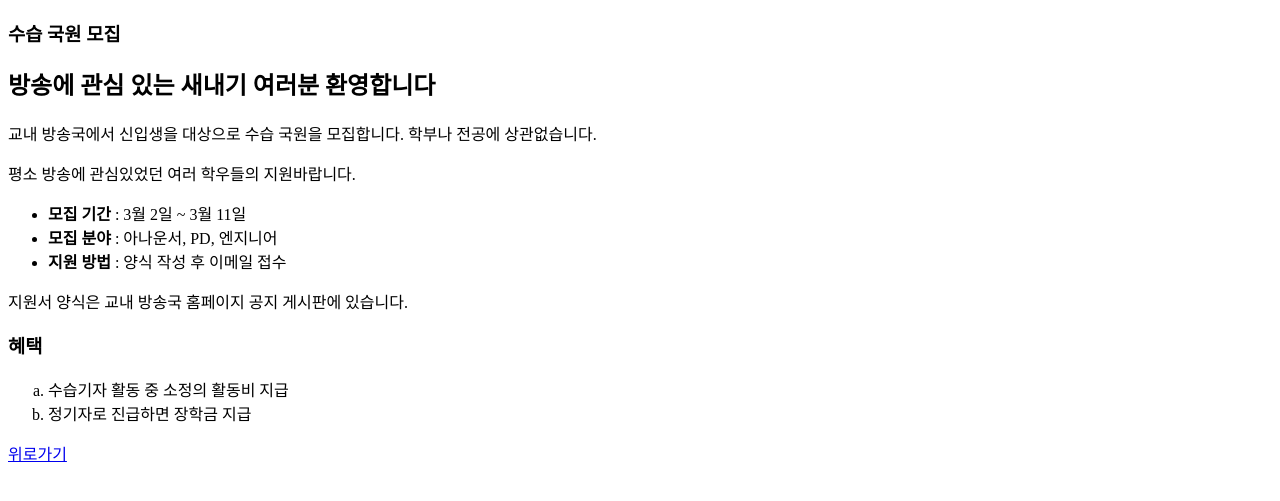
Repository: gus-123/Edu_KCC_HTML
Page: CSS/WebContent/h_missioncss.html
An editor plug-in stored every save of this project. The page is shown before and after the next save, followed by the edit.
The browser window is 1280 px wide. The pictures show the whole page.

Above is the page before, as saved 2024-07-09 01:17:47.

After the next save:
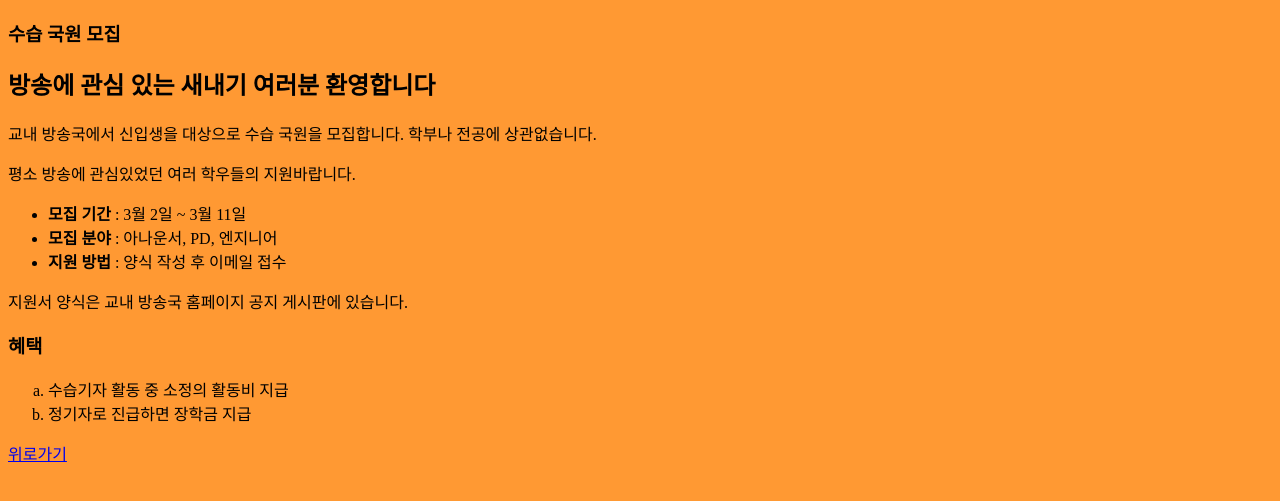
Saved 9 s later.
--- a/CSS/WebContent/h_missioncss.html
+++ b/CSS/WebContent/h_missioncss.html
@@ -5,7 +5,7 @@
 <title>Insert title here</title>
 <style type="text/css">
 	* {
-		background : ff9933;
+		background : #ff9933;
 	}
 	.target1 {
 

After the save that followed:
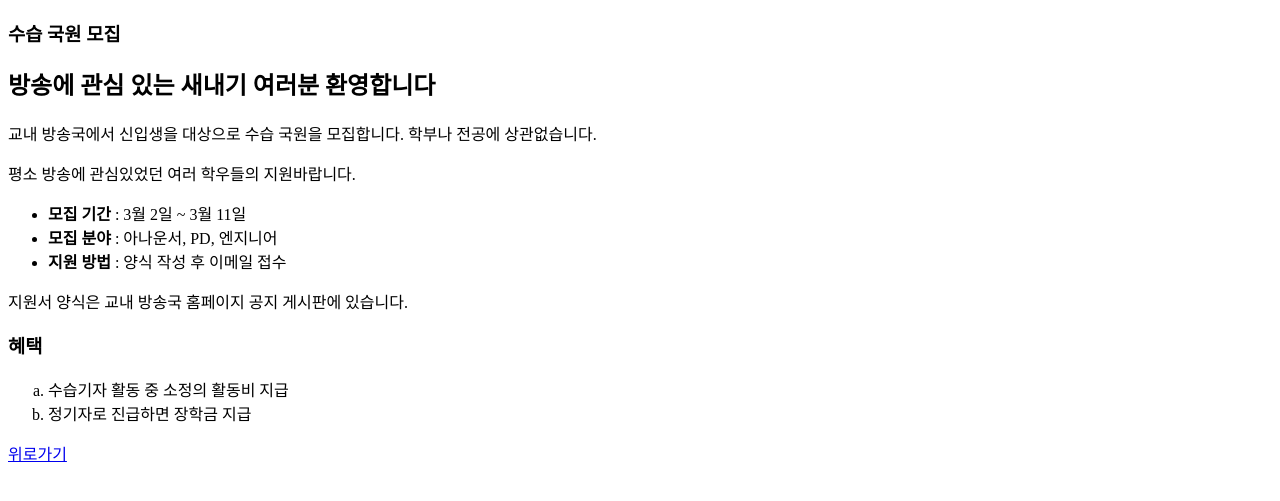
Saved 4 s later.
--- a/CSS/WebContent/h_missioncss.html
+++ b/CSS/WebContent/h_missioncss.html
@@ -5,7 +5,7 @@
 <title>Insert title here</title>
 <style type="text/css">
 	* {
-		background : #ff9933;
+		background : ff9933;
 	}
 	.target1 {
 
